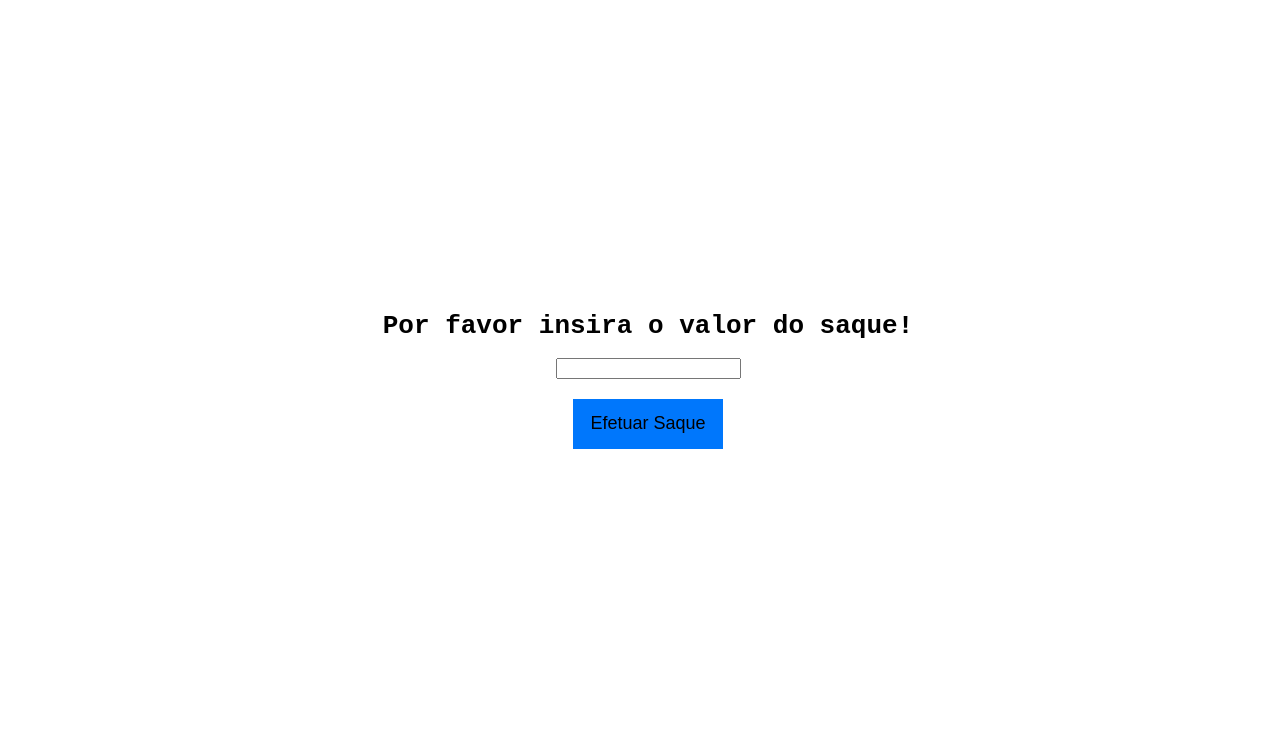
Repository: tkosudi/evlos-test-react
Page: /
The author's editor kept a copy of each file at every save. The page is drawn from the files as they stood at one save, then again after the next save.
The browser window is 1280 px wide. The page is 1288 px wide, so the pictures cover 1288 px, including what lies to the right of the window. The pictures show the whole page.
The project was rebuilt for these pictures with package versions that can differ from the ones it lists, and the page was loaded fresh each time.

Above is the page before, as saved 2021-09-02 16:24:40.

After the next save:
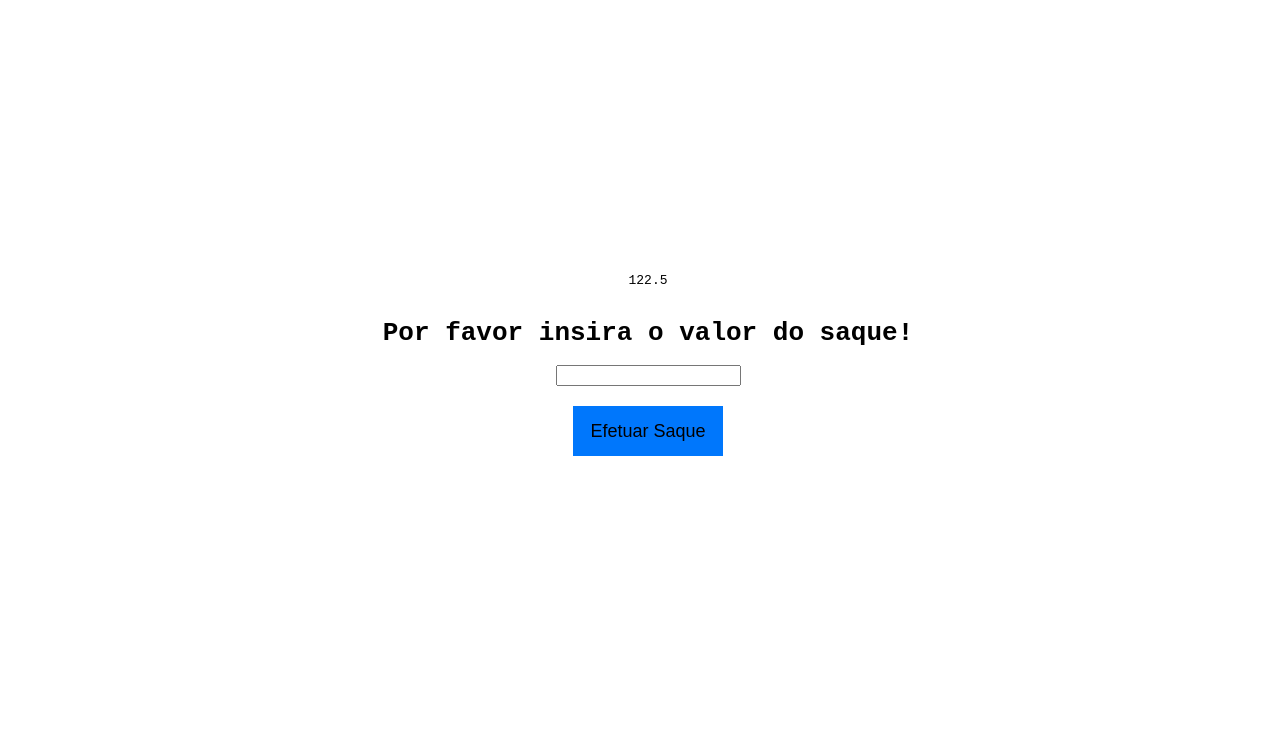
Saved 25 s later.
--- a/src/lib/withdraw.js
+++ b/src/lib/withdraw.js
@@ -24,7 +24,7 @@ const billsArray = Object.keys(bills)
 
 let customerBalance = 122.5;
 
-export const getCustomerBalance = (customerBalance) => {
+export const getCustomerBalance = () => {
   return customerBalance;
 };
 
@@ -33,7 +33,6 @@ export const withdraw = (
   inputValue,
   withdrawBills = responseWithdrawBills
 ) => {
-
   if (inputValue <= 1) {
     return "Valor inválido! Saques à partir de R$1,00.";
   }
